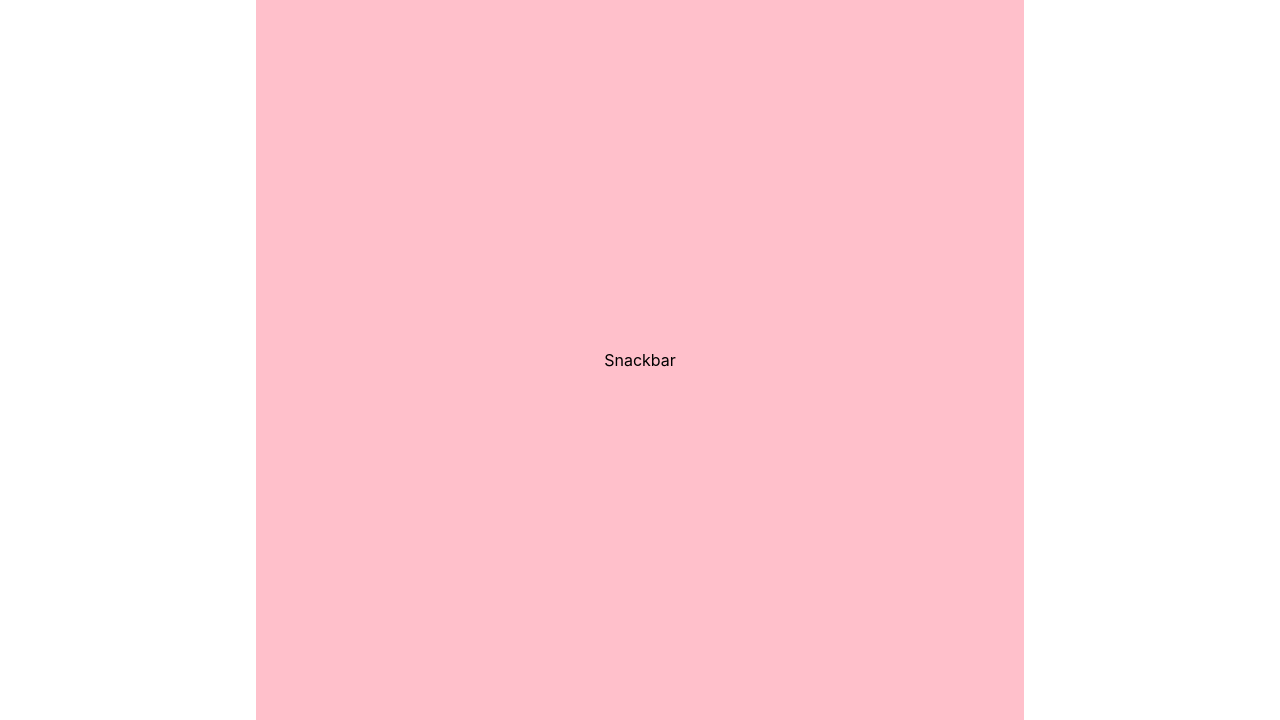
Repository: KrzysKolo/sr_tydzien5_zad2
Page: /
The author's editor kept a copy of each file at every save. The page is drawn from the files as they stood at one save, then again after the next save.
The browser window is 1280 px wide. The pictures show the whole page.
The project was rebuilt for these pictures with package versions that can differ from the ones it lists, and the page was loaded fresh each time.

Above is the page before, as saved 2020-12-21 15:53:09.

### public/index.html
<!DOCTYPE html>
<html lang="en">
  <head>
    <meta charset="utf-8" />
    <link rel="icon" href="%PUBLIC_URL%/favicon.ico" />
    <meta name="viewport" content="width=device-width, initial-scale=1" />
    <meta name="theme-color" content="#000000" />
    <meta
      name="description"
      content="Web site created using create-react-app"
    />
    <link rel="apple-touch-icon" href="%PUBLIC_URL%/logo192.png" />
    <!--
      manifest.json provides metadata used when your web app is installed on a
      user's mobile device or desktop. See https://developers.google.com/web/fundamentals/web-app-manifest/
    -->
    <link rel="manifest" href="%PUBLIC_URL%/manifest.json" />
    <!--
      Notice the use of %PUBLIC_URL% in the tags above.
      It will be replaced with the URL of the `public` folder during the build.
      Only files inside the `public` folder can be referenced from the HTML.

      Unlike "/favicon.ico" or "favicon.ico", "%PUBLIC_URL%/favicon.ico" will
      work correctly both with client-side routing and a non-root public URL.
      Learn how to configure a non-root public URL by running `npm run build`.
    -->
    <title>Zad 2 - snackbar</title>
  </head>
  <body>
    <noscript>You need to enable JavaScript to run this app.</noscript>
    <div id="root"></div>
    <!--
      This HTML file is a template.
      If you open it directly in the browser, you will see an empty page.

      You can add webfonts, meta tags, or analytics to this file.
      The build step will place the bundled scripts into the <body> tag.

      To begin the development, run `npm start` or `yarn start`.
      To create a production bundle, use `npm run build` or `yarn build`.
    -->
  </body>
</html>

### src/App.js
import React from 'react';
import './App.css';
const App = () => {
  return (
    <div className="wrapper--btn">
      Snackbar
    </div>
  )
}

export default App;

### src/App.css
* {
  box-sizing: border-box;
  margin: 0;
  position: relative;
}
body {
  width: 100vw;
  height: 100vh;
  display: flex;
  flex-direction: row;
  justify-content: center;
  align-items: center;
}
.wrapper--btn {
  width: 60vw;
  height: 100vh;
  display: flex;
  flex-direction: row;
  justify-content: center;
  align-items: center;
  background: pink;
}

Loaded but not shown: src/index.js (common file); src/index.css (common file)

After the next save:
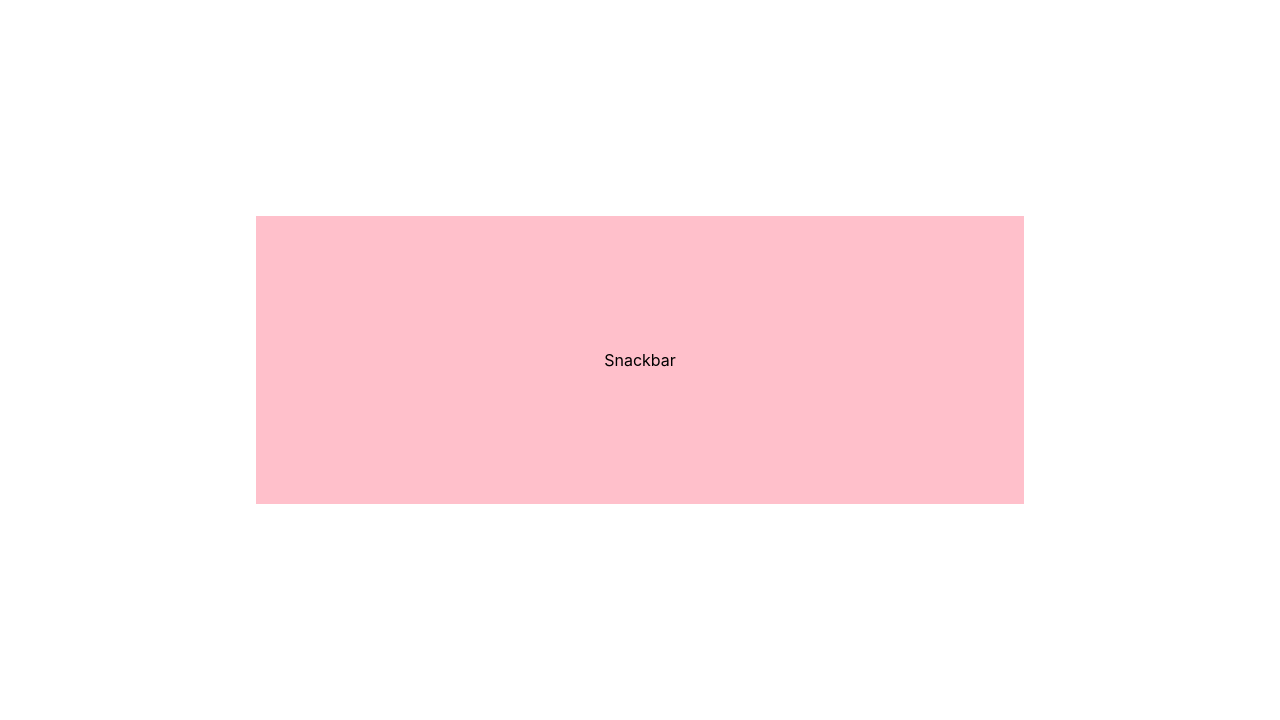
Saved 8 s later.
--- a/src/App.css
+++ b/src/App.css
@@ -13,7 +13,7 @@ body {
 }
 .wrapper--btn {
   width: 60vw;
-  height: 100vh;
+  height: 40vh;
   display: flex;
   flex-direction: row;
   justify-content: center;
